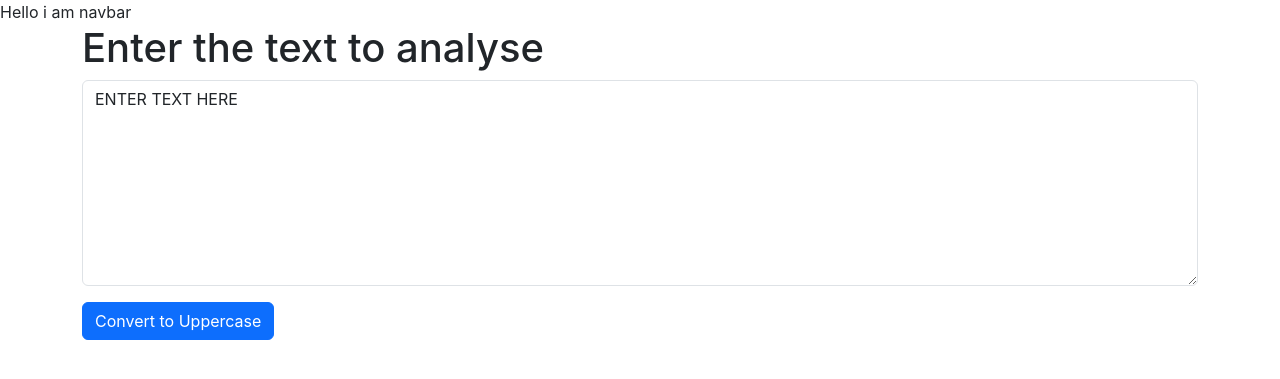
Repository: Aastha1035/React.navbar
Page: /
The author's editor kept a copy of each file at every save. The page is drawn from the files as they stood at one save, then again after the next save.
The browser window is 1280 px wide. The pictures show the whole page.
The project was rebuilt for these pictures with package versions that can differ from the ones it lists, and the page was loaded fresh each time. Also part of the build but not shown: src/App.css.

Above is the page before, as saved 2024-07-17 11:52:30.

### public/index.html
<!DOCTYPE html>
<html lang="en">
  <head>
    <meta charset="utf-8" />
    <link rel="icon" href="%PUBLIC_URL%/favicon.ico" />
    <meta name="viewport" content="width=device-width, initial-scale=1" />
    <meta name="theme-color" content="#000000" />
    <meta
      name="description"
      content="Web site created using create-react-app"
    />
    <link rel="apple-touch-icon" href="%PUBLIC_URL%/logo192.png" />
    <!--
      manifest.json provides metadata used when your web app is installed on a
      user's mobile device or desktop. See https://developers.google.com/web/fundamentals/web-app-manifest/
    -->
    <link rel="manifest" href="%PUBLIC_URL%/manifest.json" />
    <!--
      Notice the use of %PUBLIC_URL% in the tags above.
      It will be replaced with the URL of the `public` folder during the build.
      Only files inside the `public` folder can be referenced from the HTML.

      Unlike "/favicon.ico" or "favicon.ico", "%PUBLIC_URL%/favicon.ico" will
      work correctly both with client-side routing and a non-root public URL.
      Learn how to configure a non-root public URL by running `npm run build`.
    -->
    <link href="https://cdn.jsdelivr.net/npm/bootstrap@5.3.3/dist/css/bootstrap.min.css" rel="stylesheet" integrity="sha384-QWTKZyjpPEjISv5WaRU9OFeRpok6YctnYmDr5pNlyT2bRjXh0JMhjY6hW+ALEwIH" crossorigin="anonymous">
    <title>React App</title>
  </head>
  <body>
    <noscript>You need to enable JavaScript to run this app.</noscript>
    <div id="root"></div>
    <!--
      This HTML file is a template.
      If you open it directly in the browser, you will see an empty page.

      You can add webfonts, meta tags, or analytics to this file.
      The build step will place the bundled scripts into the <body> tag.

      To begin the development, run `npm start` or `yarn start`.
      To create a production bundle, use `npm run build` or `yarn build`.
    -->
    <script src="https://cdn.jsdelivr.net/npm/bootstrap@5.3.3/dist/js/bootstrap.bundle.min.js"
    integrity="sha384-YvpcrYf0tY3lHB60NNkmXc5s9fDVZLESaAA55NDzOxhy9GkcIdslK1eN7N6jIeHz"
    crossorigin="anonymous"></script>
  </body>
</html>

### src/App.js

import './App.css';
import Navbar from './components/Navbar';
import Textform from './components/Textform';

function App() {
  return (
    <>
   < Navbar title="TextUtils"/>
   <div className="container">
   <Textform heading="Enter the text to analyse"/>
   </div>

  </>
  );
}

export default App;

### src/components/Navbar.js
import React from 'react'

export default function Navbar() {
  return (
    <div>
      Hello i am navbar
    </div>
  )
}

### src/components/Textform.js
import React,{ useState } from "react";



export default function Textform(props) {
    const handleUpclick = ()=>{
        console.log("uppercase was clicked");
        setText("you have clicked on handleupclick")
    }
    const handleOnchange= ()=>{
        console.log("handle onchange");
    }
    const [text, setText] = useState("ENTER TEXT HERE");
  return (
    <div>
        <h1>{props.heading}</h1>
      <div class="mb-3">
      <textarea class="form-control" value={text} onChange={handleOnchange} id="mybox" rows="8"></textarea>
     </div>
     <button className="btn btn-primary" onclick={handleUpclick}>Convert to Uppercase</button>
</div>
  )
}

Loaded but not shown: src/index.js (common file); src/index.css (common file); src/reportWebVitals.js (common file)

After the next save:
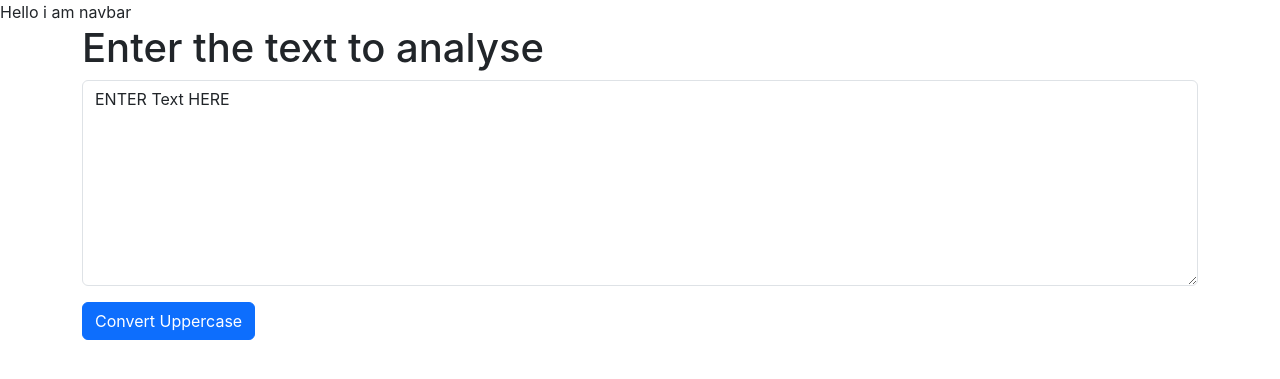
Saved 3 min 7 s later.
--- a/src/components/Textform.js
+++ b/src/components/Textform.js
@@ -10,14 +10,14 @@
     const handleOnchange= ()=>{
         console.log("handle onchange");
     }
-    const [text, setText] = useState("ENTER TEXT HERE");
+    const [text, setText] = useState("ENTER Text HERE");
   return (
     <div>
         <h1>{props.heading}</h1>
       <div class="mb-3">
       <textarea class="form-control" value={text} onChange={handleOnchange} id="mybox" rows="8"></textarea>
      </div>
-     <button className="btn btn-primary" onclick={handleUpclick}>Convert to Uppercase</button>
+     <button className="btn btn-primary" onclick={handleUpclick}>Convert  Uppercase</button>
 </div>
   )
 }
